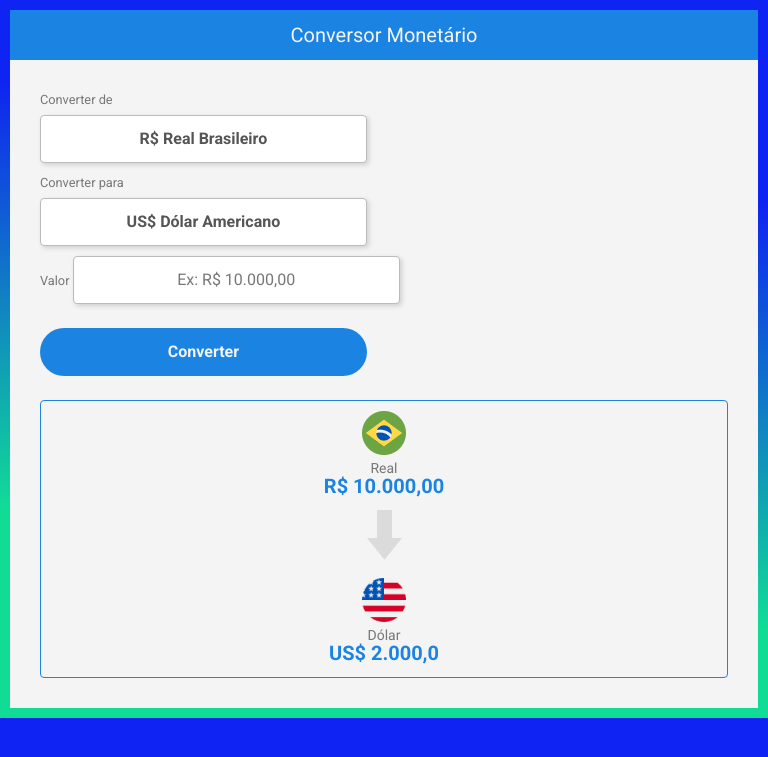
Repository: isayrous/coin-converter
Page: index.html
An editor plug-in stored every save of this project. The page is shown before and after the next save, followed by the edit.
The browser window is 768 px wide. The pictures show the whole page.

Above is the page before, as saved 2022-11-02 23:37:36.

After the next save:
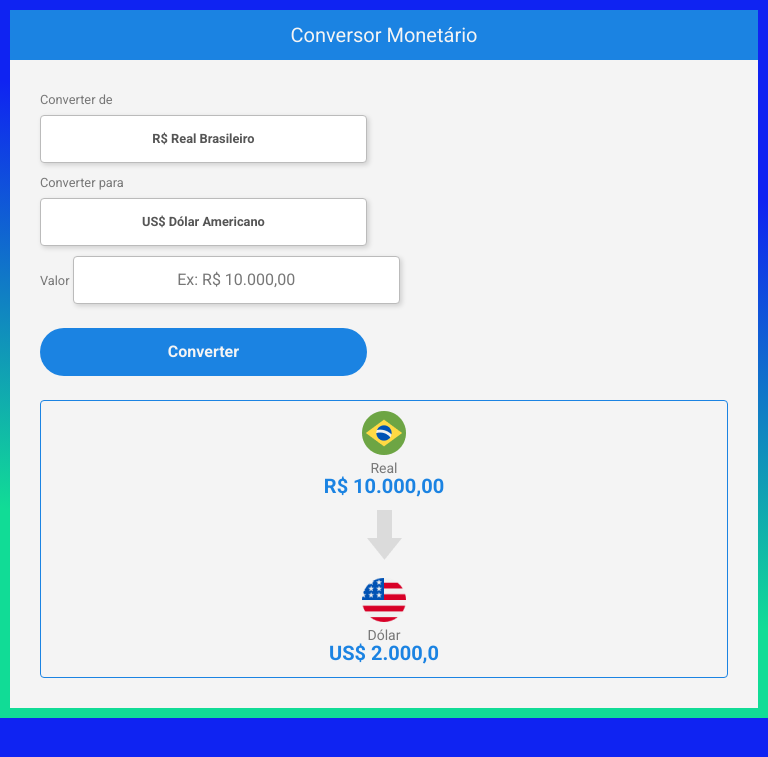
Saved 5 s later.
--- a/style.css
+++ b/style.css
@@ -154,7 +154,7 @@ input::placeholder{color: #777777;
     }
 
     select{
-        font-size: 1re;
+        font-size: 1em;
         color: #555555;
         margin-bottom: 10px;
     }
